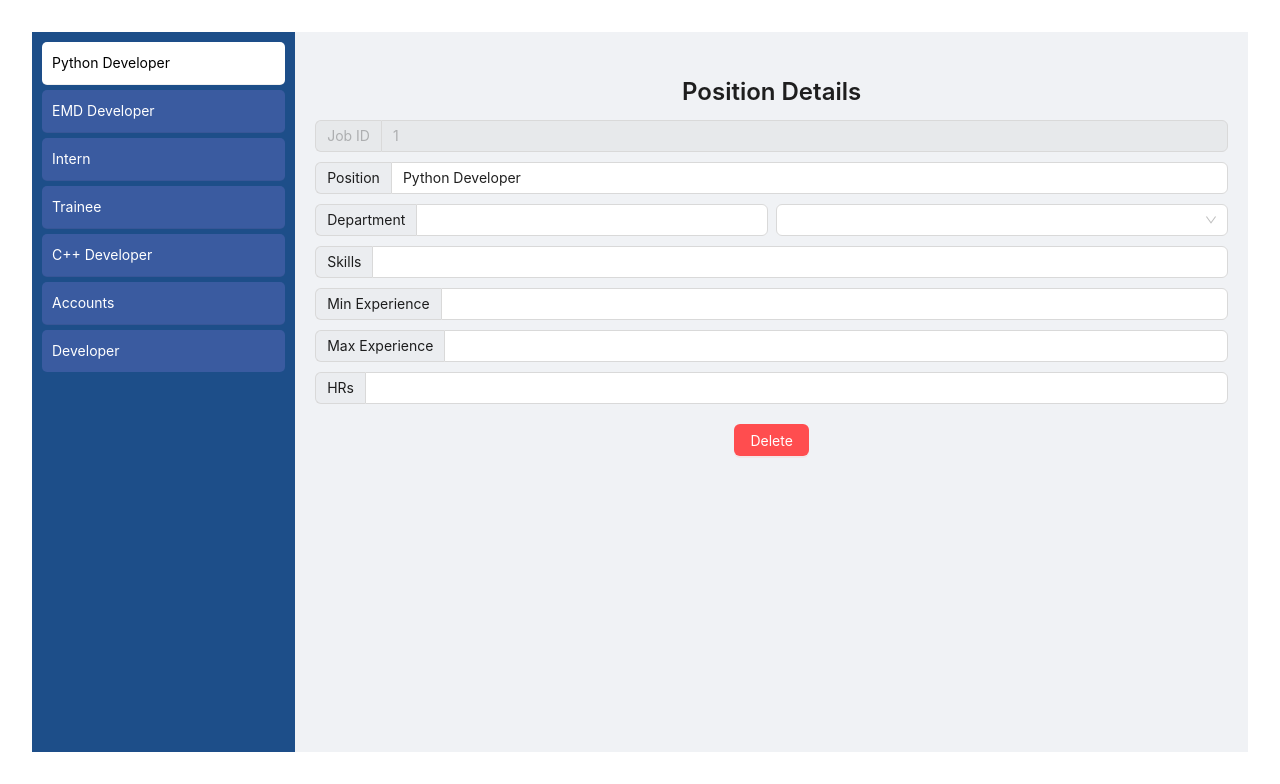
Repository: Moqueed/Delta_Iot
Page: /admin-dashboard/active-positions (app in client/), after clicking the first element matching `li.ant-list-item`
An editor plug-in stored every save of this project. The page is shown before and after the next save, followed by the edit.
The browser window is 1280 px wide. The pictures show the whole page.
The project was rebuilt for these pictures with package versions that can differ from the ones it lists, and the page was loaded fresh each time. Also part of the build but not shown: client/vite.config.js, client/src/api/users.js, client/src/pages/Register/index.jsx, client/src/pages/Login/index.jsx, client/src/components/ProtectedRoute.jsx, client/src/pages/HR/HRDashboard.jsx, client/src/pages/Admin/AdminDashboard.jsx, client/src/pages/HR/TotalDataPage.jsx.

Above is the page before, as saved 2025-03-14 14:46:02.

### client/src/App.jsx
import { Route, Routes } from "react-router-dom";
import "./App.css";
import RegisterPage from "./pages/Register";
import LoginPage from "./pages/Login";
import ProtectedRoute from "./components/ProtectedRoute";
import HRDashboard from "./pages/HR/HRDashboard";
import AdminDashboard from "./pages/Admin/AdminDashboard";
import TotalDataPage from "./pages/HR/TotalDataPage";
import ActivePositions from "./pages/Admin/ActivePositions";

function App() {
  return (
    <>
      <Routes>
        <Route path="/register" element={<RegisterPage />} />
        <Route path="/login" element={<LoginPage />} />
        <Route
          path="/hr-dashboard"
          element={
            <ProtectedRoute role="HR">
              <HRDashboard />
            </ProtectedRoute>
          }
        />
        <Route
          path="/admin-dashboard"
          element={
            <ProtectedRoute role="Admin">
              <AdminDashboard />
            </ProtectedRoute>
          }
        />
        <Route path="*" element={<LoginPage />} />
        <Route path="/total-data" element={<TotalDataPage/>}/>
        <Route path="/admin-dashboard/active-positions" element={<ActivePositions/>}/>
      </Routes>
    </>
  );
}

export default App;

### client/src/pages/Admin/ActivePositions.jsx
import React, { useEffect, useState } from "react";
import { deletePosition, fetchPositions } from "../../api/activePositions";
import { Button, Input, Typography, List, Select, Row, Col } from "antd";

const { Title } = Typography;
const { Option } = Select;

const ActivePositions = () => {
  const [positions, setPositions] = useState([
    { job_id: 1, position: "Python Developer" },
    { job_id: 2, position: "EMD Developer" },
    { job_id: 3, position: "Intern" },
    { job_id: 4, position: "Trainee" },
    { job_id: 5, position: "C++ Developer" },
    { job_id: 6, position: "Accounts" },
    { job_id: 7, position: "Developer" },
  ]);
  const [selectedPosition, setSelectedPosition] = useState(null);

  const handleDelete = async (id) => {
    try {
      await deletePosition(id);
      setPositions(positions.filter((pos) => pos.job_id !== id));
      setSelectedPosition(null);
    } catch (error) {
      console.error("Error deleting position", error);
    }
  };

  return (
    <div style={{ display: "flex", height: "100vh" }}>
      {/* Left side: Positions list */}
      <div style={{ width: "20%", backgroundColor: "#1D4E89", padding: "10px" }}>
        <List
          dataSource={positions}
          renderItem={(item) => (
            <List.Item
              style={{
                backgroundColor: selectedPosition === item ? "#ffffff" : "#3a5ba0",
                color: selectedPosition === item ? "#000" : "#ffffff",
                padding: "10px",
                cursor: "pointer",
                marginBottom: "5px",
                borderRadius: "5px",
              }}
              onClick={() => setSelectedPosition(item)}
            >
              {item.position}
            </List.Item>
          )}
        />
      </div>

      {/* Right side: Position details form */}
      <div style={{ flex: 1, padding: "20px", backgroundColor: "#f0f2f5" }}>
        {selectedPosition ? (
          <>
            <Title level={3}>Position Details</Title>
            <Input addonBefore="Job ID" value={selectedPosition.job_id} disabled style={{ marginBottom: "10px" }} />
            <Input addonBefore="Position" value={selectedPosition.position} style={{ marginBottom: "10px" }} />
            <Row gutter={8} style={{ marginBottom: "10px" }}>
              <Col span={12}>
                <Input addonBefore="Department" value={selectedPosition.department} readOnly />
              </Col>
              <Col span={12}>
                <Select
                  style={{ width: "100%" }}
                  value={selectedPosition.department}
                  onChange={(value) => setSelectedPosition({ ...selectedPosition, department: value })}
                >
                  <Option value="IT">IT</Option>
                  <Option value="EMDB">EMDB</Option>
                  <Option value="HIGH">HIGH</Option>
                  <Option value="Financial">Financial</Option>
                  <Option value="Python">Python</Option>
                </Select>
              </Col>
            </Row>
            <Input addonBefore="Skills" value={selectedPosition.skills} style={{ marginBottom: "10px" }} />
            <Input addonBefore="Min Experience" value={selectedPosition.minimum_experience} style={{ marginBottom: "10px" }} />
            <Input addonBefore="Max Experience" value={selectedPosition.maximum_experience} style={{ marginBottom: "10px" }} />
            <Input addonBefore="HRs" value={selectedPosition.manager} style={{ marginBottom: "10px" }} />
            <Button type="primary" danger onClick={() => handleDelete(selectedPosition.job_id)} style={{ marginTop: "10px" }}>
              Delete
            </Button>
          </>
        ) : (
          <Title level={4}>Select a position to view details</Title>
        )}
      </div>
    </div>
  );
};

export default ActivePositions;

### client/src/api/activePositions.js
import axiosInstance from ".";

// Fetch all active positions
export const fetchPositions = async () => {
  try {
    const response = await axiosInstance.get("/api/positions");
    return response.data;
  } catch (error) {
    console.error("Error fetching positions:", error);
    throw error;
  }
};

// Create a new active position
export const createPosition = async (data) => {
  try {
    const response = await axiosInstance.post("/api/positions", data);
    return response.data;
  } catch (error) {
    console.error("Error creating position:", error);
    throw error;
  }
};

// Update an existing active position
export const updatePosition = async (id, data) => {
  try {
    const response = await axiosInstance.put(`/api/positions/${id}`, data);
    return response.data;
  } catch (error) {
    console.error("Error updating position:", error);
    throw error;
  }
};

// Delete an active position
export const deletePosition = async (id) => {
  try {
    const response = await axiosInstance.delete(`/api/positions/${id}`);
    return response.data;
  } catch (error) {
    console.error("Error deleting position:", error);
    throw error;
  }
};

### client/src/api/index.js
import axios from "axios";

const axiosInstance = axios.create({
  baseURL: "http://localhost:5000",
  headers: { "Content-Type": "application/json" },
});

// ✅ Add token to headers if available
axiosInstance.interceptors.request.use((config) => {
  const token = localStorage.getItem("token");
  if (token) config.headers.Authorization = `Bearer ${token}`;
  return config;
},
function (error) {
    return Promise.reject(error);
  }
);

export default axiosInstance;

Loaded but not shown: client/index.html (common file); client/src/main.jsx (common file); client/src/index.css (common file); client/src/App.css (common file)

After the next save:
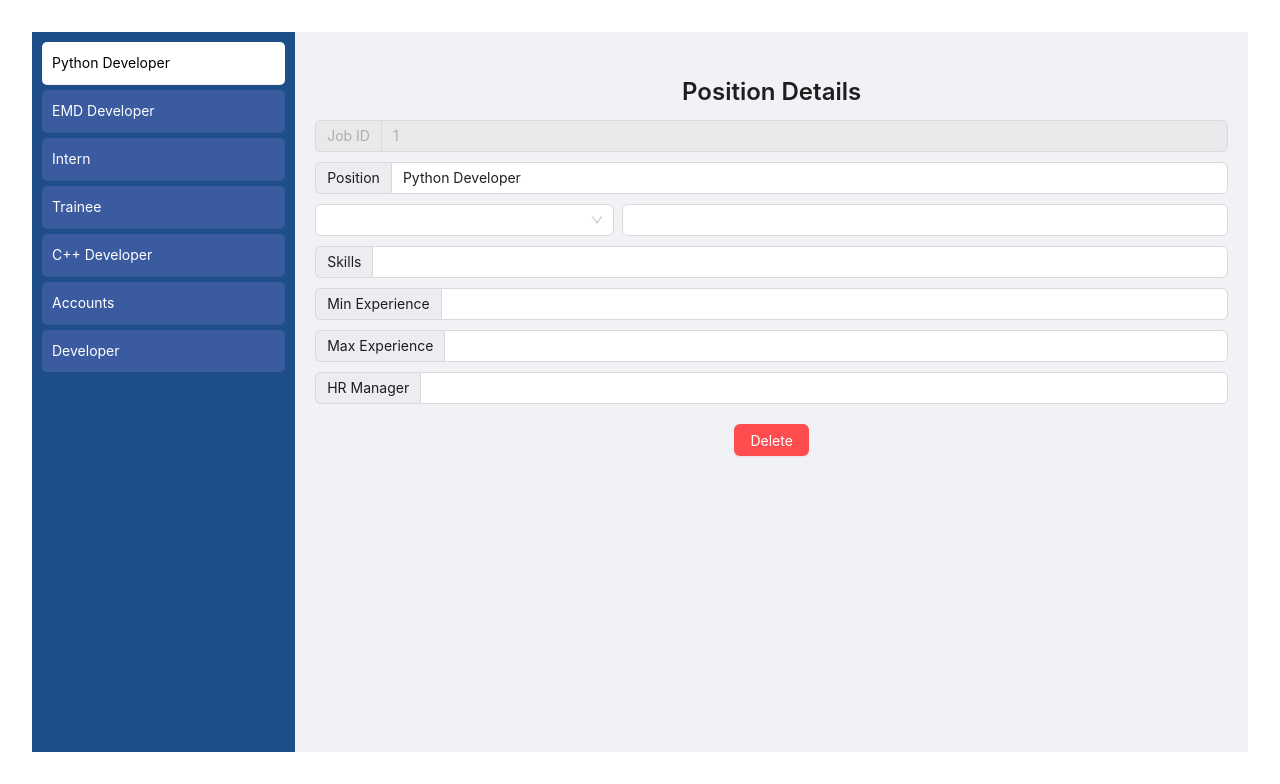
Saved 2 min 28 s later.
--- a/client/src/pages/Admin/ActivePositions.jsx
+++ b/client/src/pages/Admin/ActivePositions.jsx
@@ -59,10 +59,7 @@
             <Input addonBefore="Job ID" value={selectedPosition.job_id} disabled style={{ marginBottom: "10px" }} />
             <Input addonBefore="Position" value={selectedPosition.position} style={{ marginBottom: "10px" }} />
             <Row gutter={8} style={{ marginBottom: "10px" }}>
-              <Col span={12}>
-                <Input addonBefore="Department" value={selectedPosition.department} readOnly />
-              </Col>
-              <Col span={12}>
+              <Col span={8}>
                 <Select
                   style={{ width: "100%" }}
                   value={selectedPosition.department}
@@ -75,11 +72,14 @@
                   <Option value="Python">Python</Option>
                 </Select>
               </Col>
+              <Col span={16}>
+                <Input value={selectedPosition.department} readOnly />
+              </Col>
             </Row>
             <Input addonBefore="Skills" value={selectedPosition.skills} style={{ marginBottom: "10px" }} />
             <Input addonBefore="Min Experience" value={selectedPosition.minimum_experience} style={{ marginBottom: "10px" }} />
             <Input addonBefore="Max Experience" value={selectedPosition.maximum_experience} style={{ marginBottom: "10px" }} />
-            <Input addonBefore="HRs" value={selectedPosition.manager} style={{ marginBottom: "10px" }} />
+            <Input addonBefore="HR Manager" value={selectedPosition.manager} style={{ marginBottom: "10px" }} />
             <Button type="primary" danger onClick={() => handleDelete(selectedPosition.job_id)} style={{ marginTop: "10px" }}>
               Delete
             </Button>

After the 2 saves that followed:
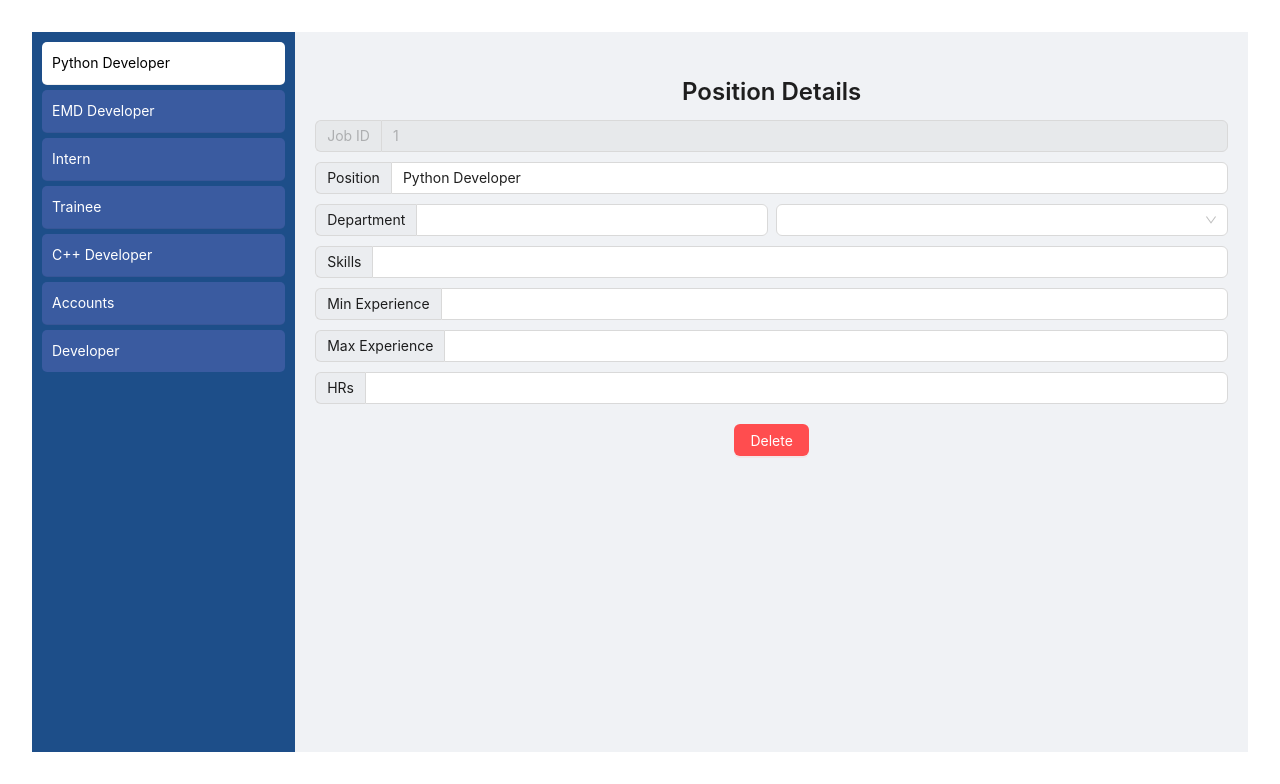
The 2 saves are shown as one change because 1 left the picture as it was.
The last was saved 2 min 21 s later.
--- a/client/src/pages/Admin/ActivePositions.jsx
+++ b/client/src/pages/Admin/ActivePositions.jsx
@@ -59,7 +59,10 @@
             <Input addonBefore="Job ID" value={selectedPosition.job_id} disabled style={{ marginBottom: "10px" }} />
             <Input addonBefore="Position" value={selectedPosition.position} style={{ marginBottom: "10px" }} />
             <Row gutter={8} style={{ marginBottom: "10px" }}>
-              <Col span={8}>
+              <Col span={12}>
+                <Input addonBefore="Department" value={selectedPosition.department} readOnly />
+              </Col>
+              <Col span={12}>
                 <Select
                   style={{ width: "100%" }}
                   value={selectedPosition.department}
@@ -72,14 +75,11 @@
                   <Option value="Python">Python</Option>
                 </Select>
               </Col>
-              <Col span={16}>
-                <Input value={selectedPosition.department} readOnly />
-              </Col>
             </Row>
             <Input addonBefore="Skills" value={selectedPosition.skills} style={{ marginBottom: "10px" }} />
             <Input addonBefore="Min Experience" value={selectedPosition.minimum_experience} style={{ marginBottom: "10px" }} />
             <Input addonBefore="Max Experience" value={selectedPosition.maximum_experience} style={{ marginBottom: "10px" }} />
-            <Input addonBefore="HR Manager" value={selectedPosition.manager} style={{ marginBottom: "10px" }} />
+            <Input addonBefore="HRs" value={selectedPosition.manager} style={{ marginBottom: "10px" }} />
             <Button type="primary" danger onClick={() => handleDelete(selectedPosition.job_id)} style={{ marginTop: "10px" }}>
               Delete
             </Button>
